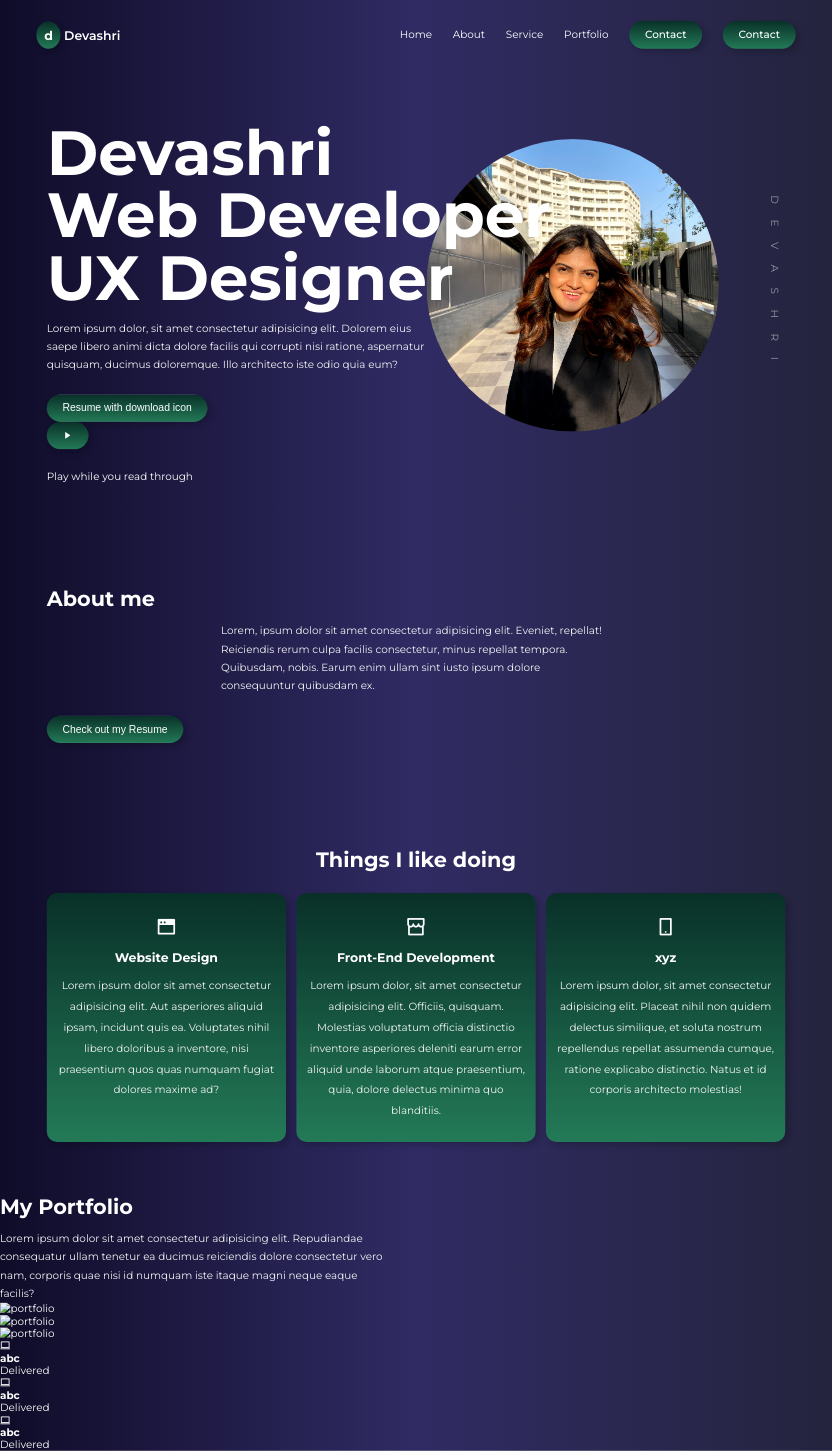
Repository: devashrisamani/devashrisamani.github.io
Page: index.html
An editor plug-in stored every save of this project. The page is shown before and after the next save, followed by the edit.
The browser window is 1280 px wide. The pictures show the whole page, at 65% of full size.

Above is the page before, as saved 2025-09-24 22:04:41.

After the next save:
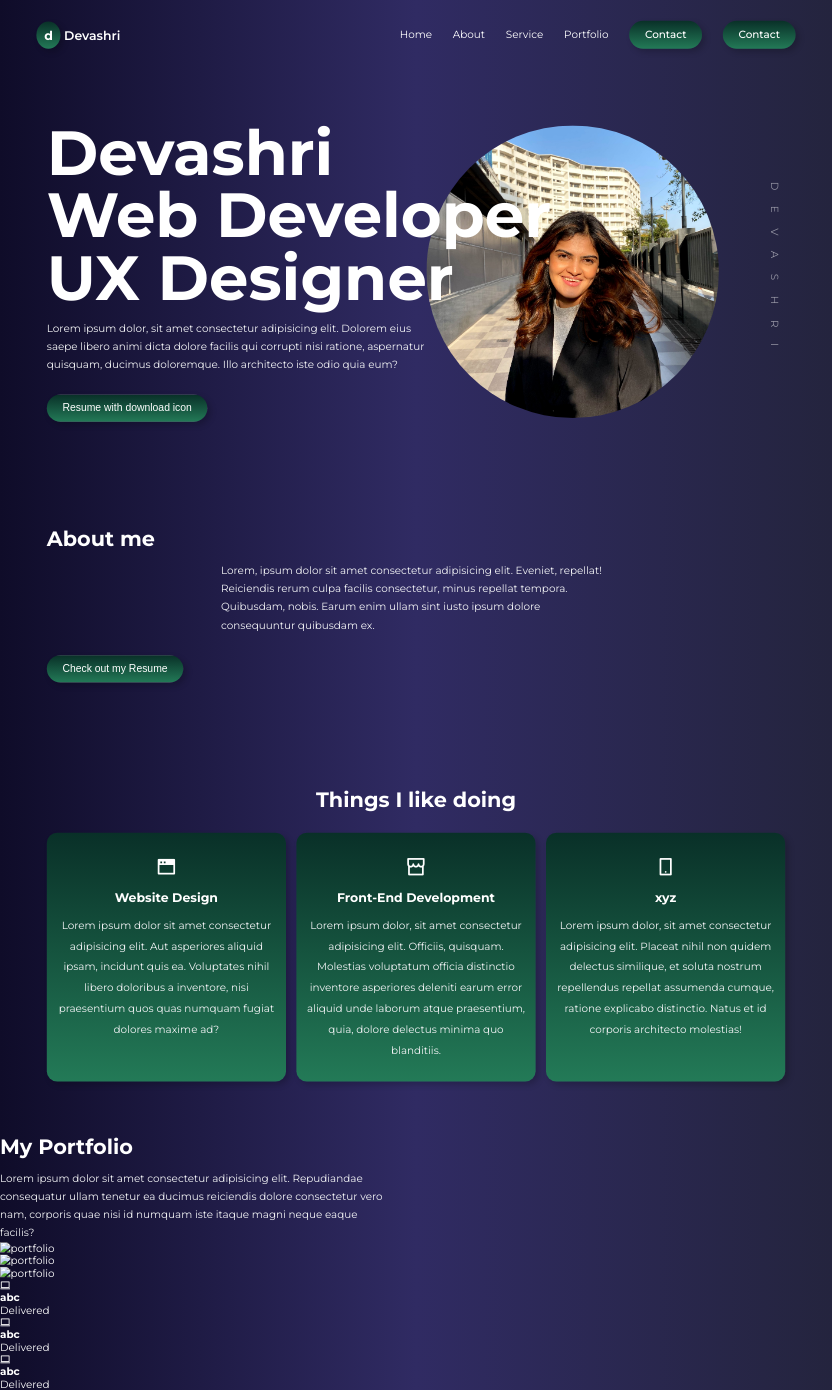
Saved 16 s later.
--- a/index.html
+++ b/index.html
@@ -56,17 +56,6 @@
         <div class="header__btn">
           <button class="btn">Resume with download icon</button>
         </div>
-        <!-- Play button with icon -->
-  <button class="btn play-btn" id="play-btn">
-    <i class="ri-play-fill"></i>
-  </button>
-  <!-- Audio element (hidden controls) -->
-  <audio id="bg-music" loop>
-    <source src="music/lofi-jazz.mp3" type="audio/mpeg" />
-    Your browser does not support the audio element.
-  </audio>
-</div>
-<p class="play-text">Play while you read through</p>
       </div>
     </header>
 
